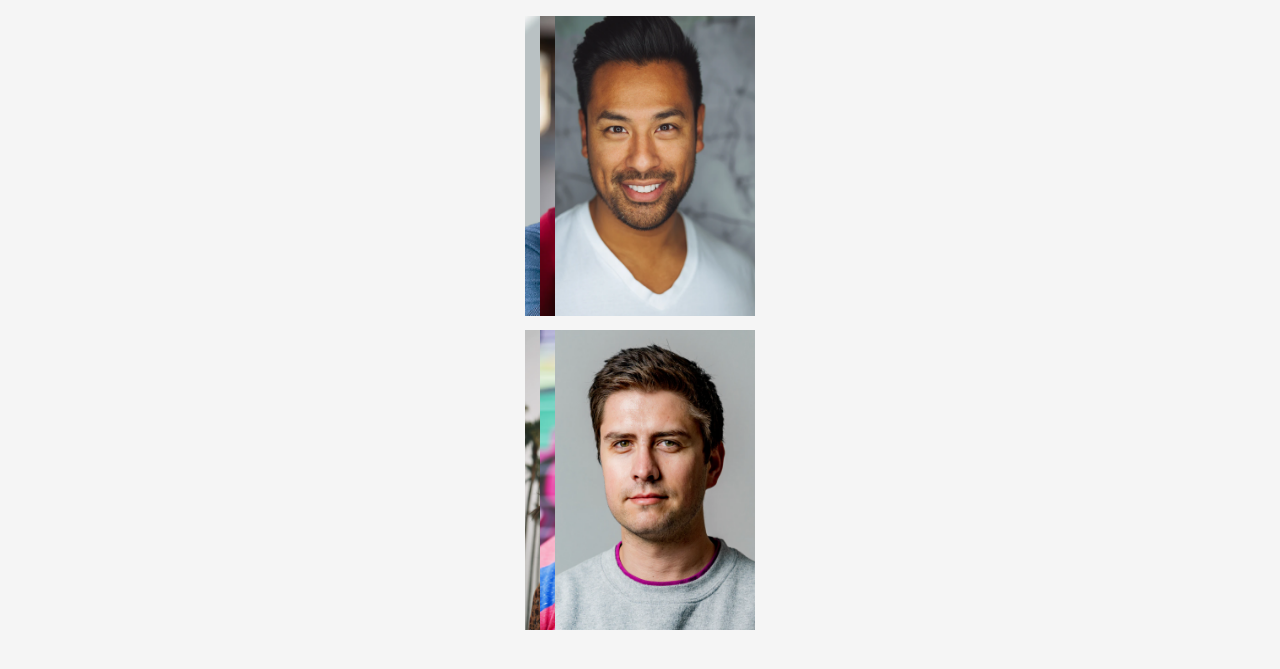
Repository: georgisenze/my-team-page-challeng
Page: index.html
An editor plug-in stored every save of this project. The page is shown before and after the next save, followed by the edit.
The browser window is 1280 px wide. The pictures show the whole page.

Above is the page before, as saved 2023-02-22 22:04:26.

### index.html
<!DOCTYPE html>
<html lang="en">
<head>
    <meta charset="UTF-8">
    <meta http-equiv="X-UA-Compatible" content="IE=edge">
    <meta name="viewport" content="width=device-width, initial-scale=1.0">
    <title>My team page</title>

    <link rel="stylesheet" href="assets/css/style.css">
</head>
<body>
     <div class="container" id="container">
        <div class="box">
            <img src="assets/img/photo1.png" alt="" >
        </div>
        <div class="box">
            <img src="assets/img/photo2.png" alt="">
        </div>
        <div class="box">
            <img src="assets/img/photo3.png" alt="">
        </div>
        <div class="box">
            <img src="assets/img/photo4.png" alt="">
        </div>
        <div class="box">
            <img src="assets/img/photo5.png" alt="">
        </div>
        <div class="box">
            <img src="assets/img/photo6.png" alt="">
        </div>
      </div>
</body>
</html>

### assets/css/style.css
  body{
    margin: 0;
    padding: 0;
    background-color: whitesmoke;
  }

  .container {
    writing-mode: horizontal-tb;
    display: grid;
    justify-content: center;
    justify-items: center;
    align-items: center;
    align-content: center;
    grid-template-columns: 5px 5px 5px;
    /* grid-template-rows: repeat(2,minmax(100px, auto)); */
    grid-auto-flow: row;
    gap: 10px;
    padding: 1em;
  }

  img {
    width: 200px;
    height: 300px;
  }

  label {
    --flow-space: 1rem;
    display: grid;
    grid-template-columns: 180px min-content;
    gap: 0.2rem;
  }

After the next save:
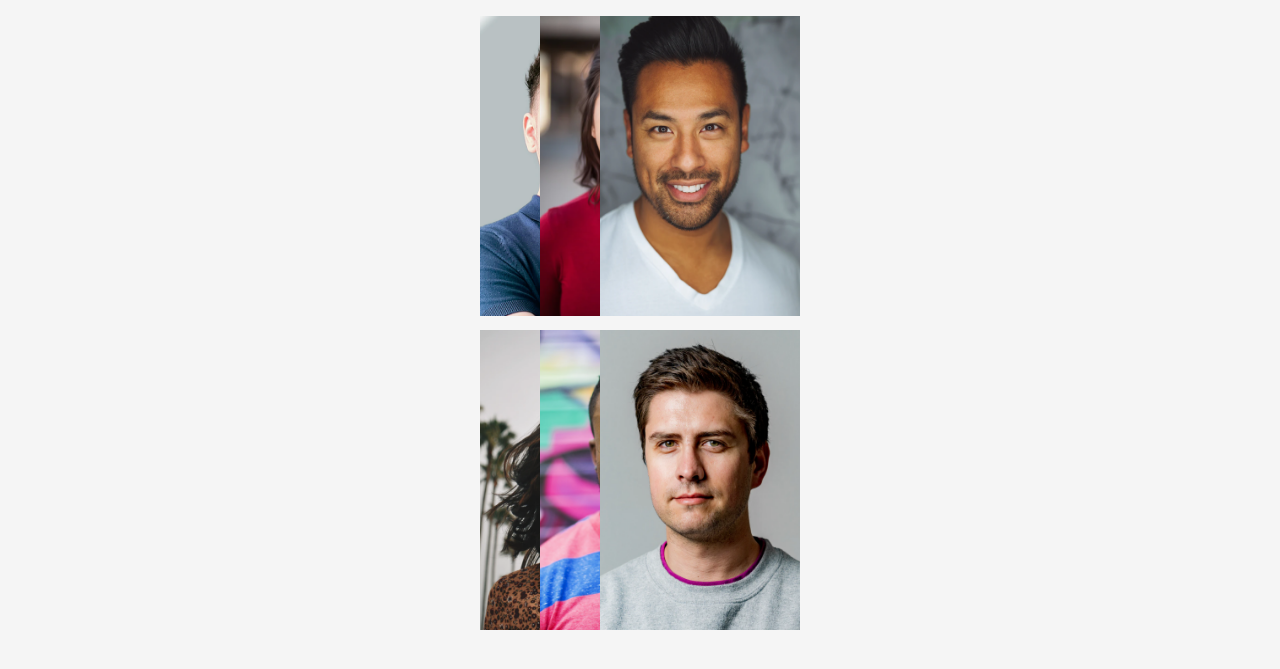
Saved 6 s later.
--- a/assets/css/style.css
+++ b/assets/css/style.css
@@ -11,7 +11,7 @@
     justify-items: center;
     align-items: center;
     align-content: center;
-    grid-template-columns: 5px 5px 5px;
+    grid-template-columns: 50px 50px 50px;
     /* grid-template-rows: repeat(2,minmax(100px, auto)); */
     grid-auto-flow: row;
     gap: 10px;
